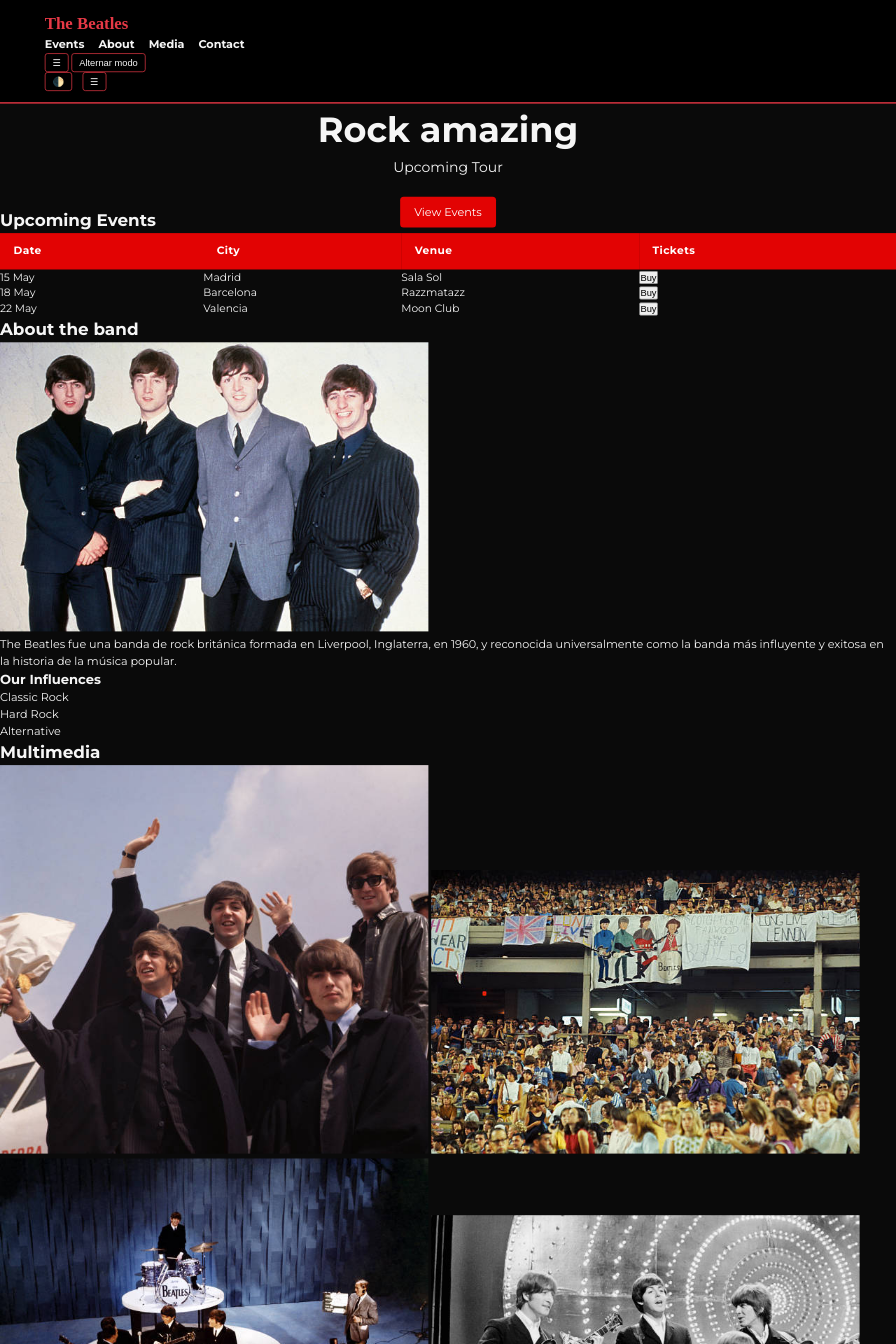
Repository: keiner-dev/Prueba_Desempe-o
Page: index.html
The author's editor kept a copy of each file at every save. The page is drawn from the files as they stood at one save, then again after a run of saves.
The browser window is 1280 px wide. The pictures show the part of the page from y = 0 to 1920 px (the page is 2662 px tall before and 2744 px after), at 70% of full size.
Some web fonts or font styles are not loaded; a fallback is used.

Above is the page before, as saved 2026-04-27 14:43:46.

### index.html
<!DOCTYPE html>
<html lang="en">
<head>
    <meta charset="UTF-8">
    <meta name="viewport" content="width=device-width, initial-scale=1.0">
    <title>The Beatles</title>
    <link href="https://fonts.googleapis.com/css2?family=Montserrat:wght@400;700;900&family=Rock+Salt&display=swap" rel="stylesheet">
    <link rel="stylesheet" href="styles.css">
    <script src="script.js"></script>
</head>
<body>
    <header class="header">
        <div class="container_header__inner">
            <div class="logo">
                <span class="logo">The Beatles</span>
        </div>
            </div>

            <nav class="nav">
            <nav class="nav" id="main-nav">
                <ul class="nav_list">
                    <li><a href="#events">Events</a></li>
                    <li><a href="#about">About</a></li>
                    <li><a href="#media">Media</a></li>
                    <li><a href="#contact">Contact</a></li>
                </ul>
            </nav>

            <button class="menu-toggle">☰</button>
            <button class="alternarModo">Alternar modo</button>
            <div class="header_actions">
                <button class="alternarModo" aria-label="Toggle Theme">🌓</button>
                <button class="menu-toggle" id="mobile-menu-btn">☰</button>
            </div>
        </div>
    </header>

    <main>
        <!--hero-->
        <section class="hero">
            <div class="hero_overlay">
                <h2>Rock amazing</h2>
                <p>Upcoming Tour</p>
                <a href="#events" class="btn">View Events</a>
            </div>
        </section>

        <section id="events" class="events_container">
            <h2>Upcoming Events</h2>

            <table class="events__table">
                <thead>
                    <tr>
                        <th>Date</th>
                        <th>City</th>
                        <th>Venue</th>
                        <th>Tickets</th>
                    </tr>
                </thead>
                <tbody>
                    <tr>
                        <td>15 May</td>
                        <td>Madrid</td>
                        <td>Sala Sol</td>
                        <td><button>Buy</button></td>
                    </tr>
                    <tr>
                        <td>18 May</td>
                        <td>Barcelona</td>
                        <td>Razzmatazz</td>
                        <td><button>Buy</button></td>
                    </tr>
                    <tr>
                        <td>22 May</td>
                        <td>Valencia</td>
                        <td>Moon Club</td>
                        <td><button>Buy</button></td>
                    </tr>
                </tbody>
            </table>
        </section>

        <!--About-->
        <section id="about" class="about_container">
        <section id="about" class="about_container reveal">
            <h2>About the band</h2>

            <div class="about_content">
                <img src="./assets/img/beatles.jpg" alt="the beatles">

                <article>
                    <p>
                        The Beatles fue una banda de rock británica formada en Liverpool, Inglaterra, en 1960, y reconocida universalmente como la banda más influyente y exitosa en la historia de la música popular.
                    </p>

                    <h3>Our Influences</h3>
                    <ul>
                        <li>Classic Rock</li>
                        <li>Hard Rock</li>
                        <li>Alternative</li>
                    </ul>
                </article>
            </div>
        </section>

        <!--Media-->
        <section id="media" class="media_container">
        <section id="media" class="media_container reveal">
            <h2>Multimedia</h2>

            <div class="media_grid">
                <img src="./assets/img/img-1.jpg" alt="">
                <img src="./assets/img/img-2.jpg" alt="">
                <img src="./assets/img/img-3.jpg" alt="">
                <img src="./assets/img/img-4.jpg" alt="">
                <img src="./assets/img/img-5.jpg" alt="">
                <img src="./assets/img/img-6.jpg" alt="">
            </div>
        </section>
    </main>

    <!--Footer-->
    <footer id="contact" class="footer">
        <div class="container_footer">
            <p>© <span id="year"></span> The Beatles</p>

            <ul class="social">
                <li><a href="#">Instagram</a></li>
                <li><a href="#">Youtube</a></li>
                <li><a href="#">Spotify</a></li>
            </ul>
        </div>
    </footer>
    <script src="script.js"></script>
</body>
</html>

### styles.css
/* General Variables */
:root {
    --primary-color: #e63946;
    --bg-dark: #0a0a0a;
    --bg-light: #1a1a1a;
    --text-light: #f5f5f5;
    --accent-color: #e20303;
}

* {
    margin: 0;
    padding: 0;
    box-sizing: border-box;
}

body {
    font-family: 'Montserrat', sans-serif;
    background-color: var(--bg-dark);
    color: var(--text-light);
    line-height: 1.5;
    overflow-x: hidden;
    transition: var(--transition);
}

/* Header & Nav */
.header {
    background-color: #000;
    padding: 1rem 5%;
    position: sticky;
    top: 0;
    z-index: 1000;
    border-bottom: 2px solid var(--primary-color);
}

.container_header__inner {
    display: flex;
    justify-content: space-between;
    align-items: center;
}

.logo {
    font-family: 'Rock Salt', cursive;
    font-size: 1.5rem;
    font-weight: bold;
    color: var(--primary-color);
}

.header_actions {
    display: flex;
    gap: 15px;
    align-items: center;
}

.alternarModo, .menu-toggle {
    background: none;
    border: 1px solid var(--primary-color);
    color: var(--text-light);
    padding: 5px 10px;
    cursor: pointer;
    border-radius: 4px;
}

.nav_list {
    display: flex;
    list-style: none;
    gap: 20px;
}

.nav_list a {
    text-decoration: none;
    color: var(--text-light);
    font-weight: 600;
    transition: var(--transition);
}

.nav_list a:hover {
    color: var(--accent-color);
}

.hero_overlay h2{
    font-size: 50px;
    font-weight: 30px;
    text-align: center;
}

.hero_overlay p {
    font-size: 20px;
    text-align: center;
}

.hero_overlay a {
    text-align: center;
    background-color: #e20303;
    color: #fff;
    padding: 10px 20px;
    border-radius: 5px;
    text-decoration: none;
    display: inline-block;
    transition: var(--transition);
}

section .btn {
    position: relative;
    top: 50px;
    left: 50%;
    transform: translate(-50%, -50%);
    color: white;
    text-align: center;
}

.events__table {
    width: 100%;
    border-collapse: collapse;
    font-size: 0.95rem;
    min-width: 550px;

}

.events__table thead{
    background-color: #e20303;
    color: white;
    text-align: left;
}

.events__table th {
    padding: 0.9rem 1.2rem;
    text-align: left;
    font-weight: 700;
    letter-spacing: 0.04rem;
}

.events__table td {
    padding: 0.rem 1.2rem;
}

### script.js
document.addEventListener('DOMContentLoaded', () => {
    // 1. Dynamic Year
    const yearSpan = document.getElementById('year');
    if (yearSpan) yearSpan.textContent = new Date().getFullYear();

    // 2. Mobile Menu Toggle
    const menuBtn = document.getElementById('mobile-menu-btn');
    const nav = document.getElementById('main-nav');

    menuBtn.addEventListener('click', () => {
        nav.classList.toggle('active');
        menuBtn.textContent = nav.classList.contains('active') ? '✕' : '☰';
    });

    // 3. Dark/Light Mode Toggle
    const modeBtn = document.querySelector('.alternarModo');
    modeBtn.addEventListener('click', () => {
        document.body.classList.toggle('light-mode');
    });

    // 4. Scroll Reveal Animation
    const reveals = document.querySelectorAll('.reveal');
    const revealOnScroll = () => {
        reveals.forEach(el => {
            const windowHeight = window.innerHeight;
            const elementTop = el.getBoundingClientRect().top;
            const elementVisible = 150;
            if (elementTop < windowHeight - elementVisible) {
                el.classList.add('active');
            }
        });
    };
    window.addEventListener('scroll', revealOnScroll);
    revealOnScroll(); // Initial check

    // 5. Buy buttons interaction
    const buyButtons = document.querySelectorAll('.events__table button');
    buyButtons.forEach(btn => btn.addEventListener('click', () => alert('Redirecting to ticket office...')));
});

After the next 5 saves:
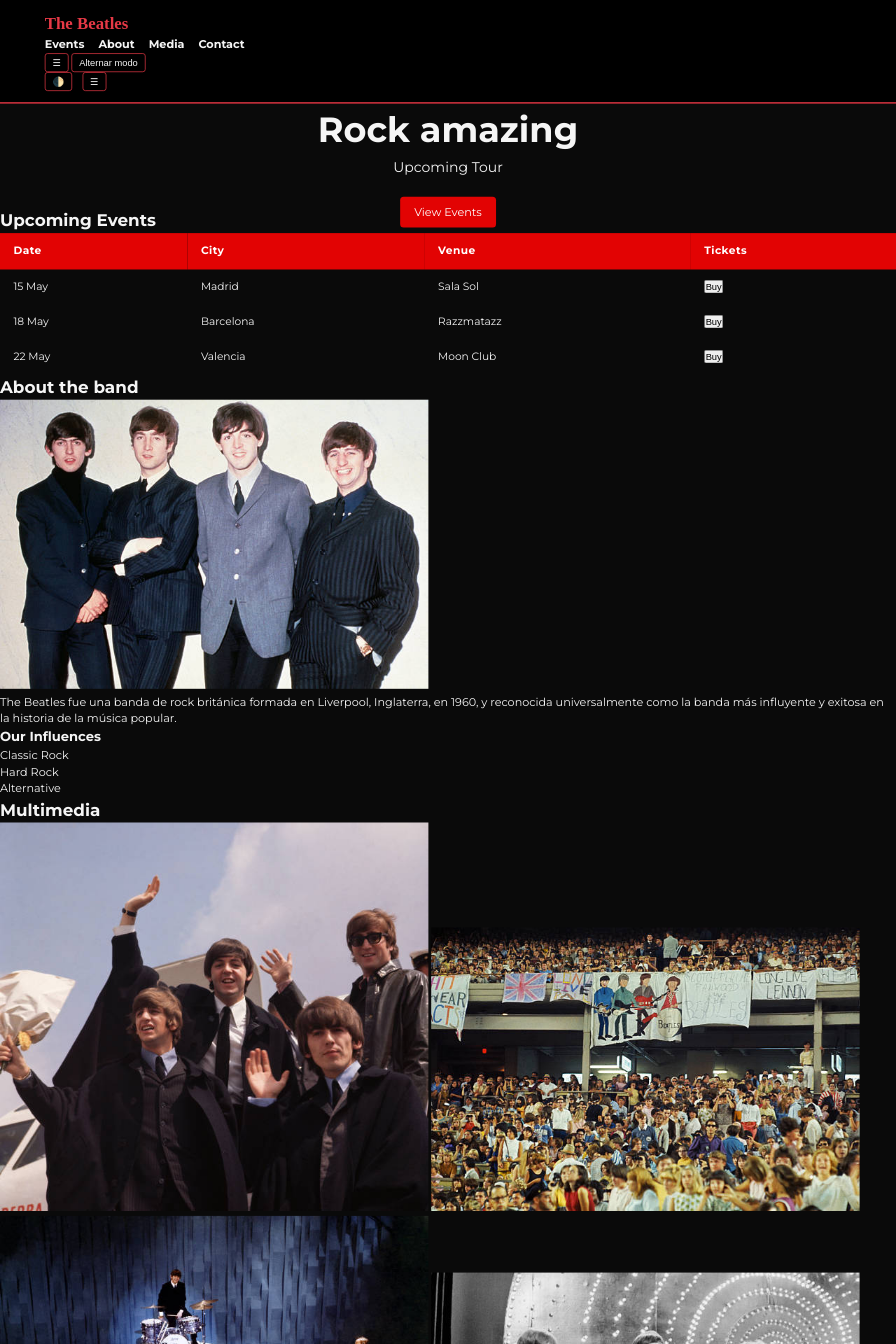
The 5 saves are shown as one change because they came seconds apart.
The last was saved 12 s later.
--- a/styles.css
+++ b/styles.css
@@ -130,5 +130,6 @@
 }
 
 .events__table td {
-    padding: 0.rem 1.2rem;
+    padding: 0.85rem 1.2rem;
+    border-bottom: 1;
 }
